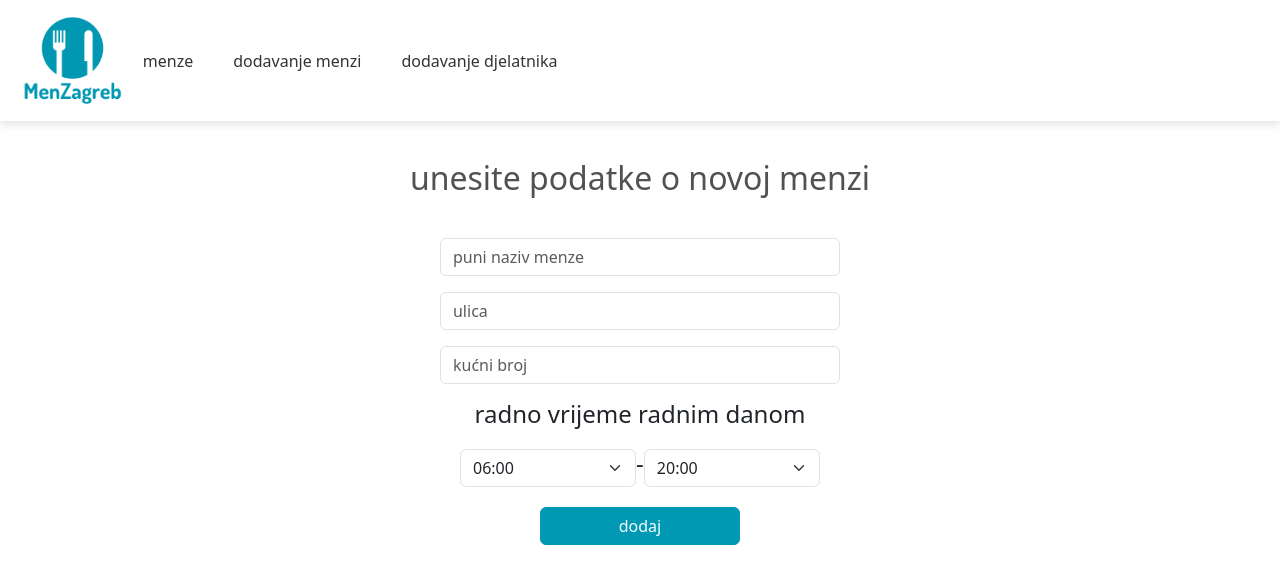
Repository: MENZG/menZg
Page: /admin/dodajMenzu (app in IzvorniKod/)
The author's editor kept a copy of each file at every save. The page is drawn from the files as they stood at one save, then again after the next save.
The browser window is 1280 px wide. The pictures show the whole page.
The project was rebuilt for these pictures with package versions that can differ from the ones it lists, and the page was loaded fresh each time. Also part of the build but not shown: IzvorniKod/vite.config.ts, IzvorniKod/src/Components/LoginForm.tsx, IzvorniKod/src/Components/AdminLogin.tsx, IzvorniKod/src/Components/EmployeeLogin.tsx, IzvorniKod/src/Components/NavBar.tsx, IzvorniKod/src/Components/ListaMenza.tsx, IzvorniKod/src/Components/Profil.tsx, IzvorniKod/src/Components/AddEmployee.tsx and 5 more.

Above is the page before, as saved 2024-11-06 20:27:37.

### IzvorniKod/index.html
<!DOCTYPE html>
<html lang="en">
  <head>
    <meta charset="UTF-8" />
    <meta name="viewport" content="width=device-width, initial-scale=1.0" />
    <link rel="preconnect" href="https://fonts.googleapis.com">
    <link rel="preconnect" href="https://fonts.gstatic.com" crossorigin>
    <link href="https://fonts.googleapis.com/css2?family=Poiret+One&display=swap" rel="stylesheet">
    <title>MenZG</title>
  </head>
  <body>
    <div id="root"></div>
    <script type="module" src="/src/main.tsx"></script>
  </body>
</html>

### IzvorniKod/src/App.tsx
import {
  BrowserRouter as Router,
  Routes,
  Route,
  Navigate,
} from "react-router-dom";

import LoginForm from "./Components/LoginForm.tsx";
import AdminLogin from "./Components/AdminLogin.tsx";
import "bootstrap/dist/css/bootstrap.min.css";
import EmployeeLogin from "./Components/EmployeeLogin.tsx";
import ListaMenza from "./Components/ListaMenza.tsx";
import Profil from "./Components/Profil.tsx";
import AddMenza from "./Components/AddMenza.tsx";
import AddEmployee from "./Components/AddEmployee.tsx";
import AddWorkingHours from "./Components/AddWorkingHours.tsx";
import AddMeals from "./Components/AddMeals.tsx";
import ListaMenzaAdmin from "./Components/ListaMenzaAdmin.tsx";
import ListaMenzaEmployee from "./Components/ListaMenzaEmployee.tsx";

function App() {
  return (
    <Router>
      <Routes>
        <Route path="/" element={<Navigate to="/login/student" />} />
        <Route path="/login" element={<Navigate to="/login/student" />} />
        <Route path="/login/student" element={<LoginForm />} />
        <Route path="/login/admin" element={<AdminLogin />} />
        <Route path="/login/employee" element={<EmployeeLogin />} />
        <Route path="/menze" element={<ListaMenza />} />
        <Route path="/profil" element={<Profil />} />
        <Route path="/admin/menze" element={<ListaMenzaAdmin />} />
        <Route path="/admin/dodajMenzu" element={<AddMenza />} />
        <Route path="/admin/dodajDjelatnika" element={<AddEmployee />} />
        <Route path="/djelatnik/menze" element={<ListaMenzaEmployee />} />
        <Route path="/djelatnik/dodajJelovnik" element={<AddMeals />} />
        <Route
          path="/djelatnik/dodajRadnoVrijeme"
          element={<AddWorkingHours />}
        />
      </Routes>
    </Router>
  );
}

export default App;

### IzvorniKod/src/Components/AddMenza.tsx
import NavBarAdmin from "./NavBarAdmin";
import { Button, Form } from "react-bootstrap";
import "/src/styles/AddMenza.css";

function AddMenza() {
  return (
    <>
      <NavBarAdmin />
      <div className="dodaj-menzu-container">
        <h2 className="h2">unesite podatke o novoj menzi</h2>
        <Form className="w-100" style={{ maxWidth: "400px" }}>
          <Form.Group className="mb-3">
            <Form.Control
              className="form-control"
              type="text"
              placeholder="puni naziv menze"
            />
          </Form.Group>

          <Form.Group className="mb-3">
            <Form.Control
              className="form-control"
              type="text"
              placeholder="ulica"
            />
          </Form.Group>

          <Form.Group className="mb-3">
            <Form.Control
              className="form-control"
              type="text"
              placeholder="kućni broj"
            />
          </Form.Group>

          <h4>radno vrijeme radnim danom</h4>
          <div className="select-container">
            <select className="form-select" aria-label="Default select example">
              <option selected>06:00</option>
              <option value="6">06:00</option>
              <option value="7">07:00</option>
              <option value="8">08:00</option>
              <option value="9">09:00</option>
              <option value="10">10:00</option>
              <option value="11">11:00</option>
              <option value="12">12:00</option>
              <option value="13">13:00</option>
              <option value="14">14:00</option>
              <option value="15">15:00</option>
              <option value="16">16:00</option>
              <option value="17">17:00</option>
              <option value="18">18:00</option>
              <option value="19">19:00</option>
              <option value="20">20:00</option>
              <option value="21">21:00</option>
              <option value="22">22:00</option>
              <option value="23">23:00</option>
            </select>
            <h4> - </h4>
            <select className="form-select" aria-label="Default select example">
              <option selected>20:00</option>
              <option value="6">06:00</option>
              <option value="7">07:00</option>
              <option value="8">08:00</option>
              <option value="9">09:00</option>
              <option value="10">10:00</option>
              <option value="11">11:00</option>
              <option value="12">12:00</option>
              <option value="13">13:00</option>
              <option value="14">14:00</option>
              <option value="15">15:00</option>
              <option value="16">16:00</option>
              <option value="17">17:00</option>
              <option value="18">18:00</option>
              <option value="19">19:00</option>
              <option value="20">20:00</option>
              <option value="21">21:00</option>
              <option value="22">22:00</option>
              <option value="23">23:00</option>
            </select>
          </div>

          <Button variant="primary" type="submit" className="w-50 mb-3">
            dodaj
          </Button>
        </Form>
      </div>
    </>
  );
}

export default AddMenza;

### IzvorniKod/src/styles/ListaMenza.css
/*.card-container {
    display: grid;
    grid-template-columns: repeat(auto-fill, minmax(18rem, 1fr));
    gap: 1rem;
    padding: 1rem;
    justify-items: center;
    align-items: start;
    padding-top: 20vh;
  }*/

  .card-container {
    display: grid;
    grid-template-columns: repeat(3, 1fr); /* Maksimalno 3 stupca */
    gap: 1rem;
    padding: 1rem;
    justify-items: center;
    justify-content: center;
    align-items: start;
    padding-top: 20vh;
    max-width: 75vw; /* Održite ovu širinu za udaljenost od rubova */
    margin-left: auto; /* Centriranje pomoću automatskih margina */
    margin-right: auto;
  }

  /* Smanji na 2 stupca za srednje ekrane */
  @media (max-width: 768px) {
    .card-container {
      grid-template-columns: repeat(2, 1fr);
    }
  }

  /* Smanji na 1 stupac za male ekrane (mobitele) */
  @media (max-width: 480px) {
    .card-container {
      grid-template-columns: 1fr;
    }
  }

  .card {
    box-shadow: 0px 4px 8px rgba(0, 0, 0, 0.2);
    border-radius: 8px;
    transition: transform 0.3s ease;
  }

  .card:hover {
    transform: scale(1.05);
  }

  .card img {
    border-top-left-radius: 8px;
    border-top-right-radius: 8px;
    object-fit: cover;
    height: 25vh;
  }

  .btn-primary{
    background-color: #0098b3;
    color: azure;
    border-color: #0098b3;
  }

  .btn-primary:hover{
    background-color: #00758a;
    border-color: #00758a;
  }

  .button-container {
    text-align: center;
  }

### IzvorniKod/src/Components/NavBarAdmin.tsx
import "/src/styles/NavBar.css";
import { useNavigate } from "react-router-dom";
import { Button } from "react-bootstrap";

const NavBarAdmin = () => {
  const navigate = useNavigate();

  const handleOnClickMenze = () => {
    navigate("/admin/menze");
  };

  const handleOnClickAddMenza = () => {
    navigate("/admin/dodajMenzu");
  };

  const handleOnClickAddEmployee = () => {
    navigate("/admin/dodajDjelatnika");
  };
  return (
    <nav className="navbar navbar-expand-lg bg-body-tertiary navbar-bg">
      <div className="container-fluid">
        <img
          src="/src/public/MenZagreb.png"
          alt="logo slika"
          className="logo-img"
        ></img>
        <div className="nav-btn-container">
          <ul className="navbar-nav me-auto mb-2 mb-lg-0">
            <li className="nav-item">
              <Button className="nav-btn" onClick={handleOnClickMenze}>
                menze
              </Button>
            </li>
            <li className="nav-item">
              <Button className="nav-btn" onClick={handleOnClickAddMenza}>
                dodavanje menzi
              </Button>
            </li>
            <li className="nav-item">
              <Button className="nav-btn" onClick={handleOnClickAddEmployee}>
                dodavanje djelatnika
              </Button>
            </li>
          </ul>
        </div>
      </div>
    </nav>
  );
};

export default NavBarAdmin;

### IzvorniKod/src/styles/AddMenza.css
.dodaj-menzu-container{
    display: flex;
    flex-direction: column;
    align-items: center; /* Centers the children horizontally */
    justify-content: center; /* Centers the children vertically, if needed */
    text-align: center;
}

.h2{
    color: rgb(81, 81, 81);
    margin-bottom: 40px;
}
.h4{
    color: rgb(81, 81, 81);
}

body {
    display: flex;
    justify-content: center; /* Centers horizontally */
    align-items: center; /* Centers vertically */
    min-height: 100vh; /* Ensures the body takes the full height of the viewport */
    margin: 0; /* Removes default margin */
  }

.select-container{
    display: flex;
    flex-direction: row;
    margin: 20px;
}

### IzvorniKod/src/styles/NavBar.css
.logo-img {
    height: 14vh;
    margin: 0;
}

.nav-item .nav-btn {
    background: none; /* Ukloni pozadinu */
    border: none; /* Ukloni okvir */
    color: #333; /* Postavi osnovnu boju teksta */
    font-weight: normal; /* Postavi običan tekst bez boldovanja */
    cursor: pointer; /* Prikaz kursora kao pointer */
    padding: 0; /* Ukloni padding */
    text-decoration: none; /* Ukloni podvlačenje teksta */
    margin: 0 20px; /* Dodaj horizontalni razmak između dugmadi */
}

.nav-item .nav-btn:hover {
    color: #0098b3; /* Promeni boju teksta na hover */
    background: none;
}

.nav-btn-container {
    display: flex;
    justify-content: center;
    gap: 20px; /* Razmak između dugmadi */
    width: 100%; /* Proširi na celu širinu navigacije */
    align-items: center; /* Vertikalno centriraj dugmad */
}
.navbar-bg {
    background-color: white !important; /* Prisiljava belu pozadinu */
}
.navbar {
    position: fixed;
    top: 0;
    left: 0;
    width: 100%;
    z-index: 1000; /* Ensures the navbar stays on top of other elements */
    background-color: white; /* Ensures the navbar background stays visible */
    box-shadow: 0 4px 8px rgba(0, 0, 0, 0.1); /* Adds shadow */
    padding: 10px 10px;
}
.container-fluid{
    margin: 0;
}

Loaded but not shown: IzvorniKod/src/main.tsx (common file)

After the next save:
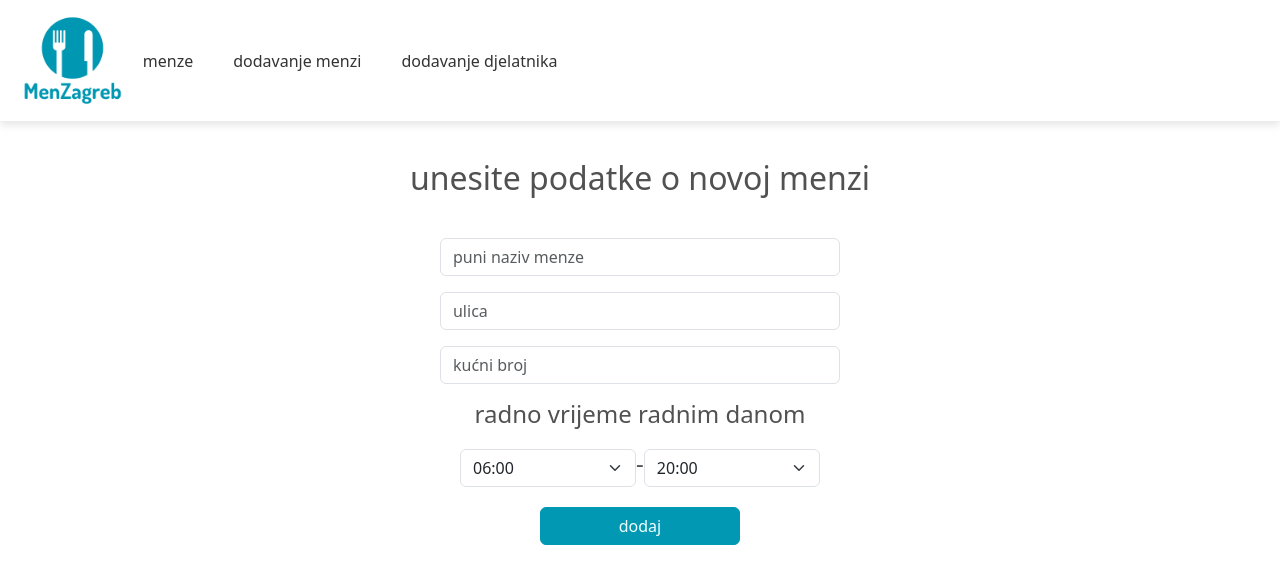
Saved 22 s later.
--- a/IzvorniKod/src/Components/AddMenza.tsx
+++ b/IzvorniKod/src/Components/AddMenza.tsx
@@ -33,7 +33,7 @@ function AddMenza() {
             />
           </Form.Group>
 
-          <h4>radno vrijeme radnim danom</h4>
+          <h4 className="h4">radno vrijeme radnim danom</h4>
           <div className="select-container">
             <select className="form-select" aria-label="Default select example">
               <option selected>06:00</option>
@@ -56,7 +56,7 @@ function AddMenza() {
               <option value="22">22:00</option>
               <option value="23">23:00</option>
             </select>
-            <h4> - </h4>
+            <h4 className="h4"> - </h4>
             <select className="form-select" aria-label="Default select example">
               <option selected>20:00</option>
               <option value="6">06:00</option>
